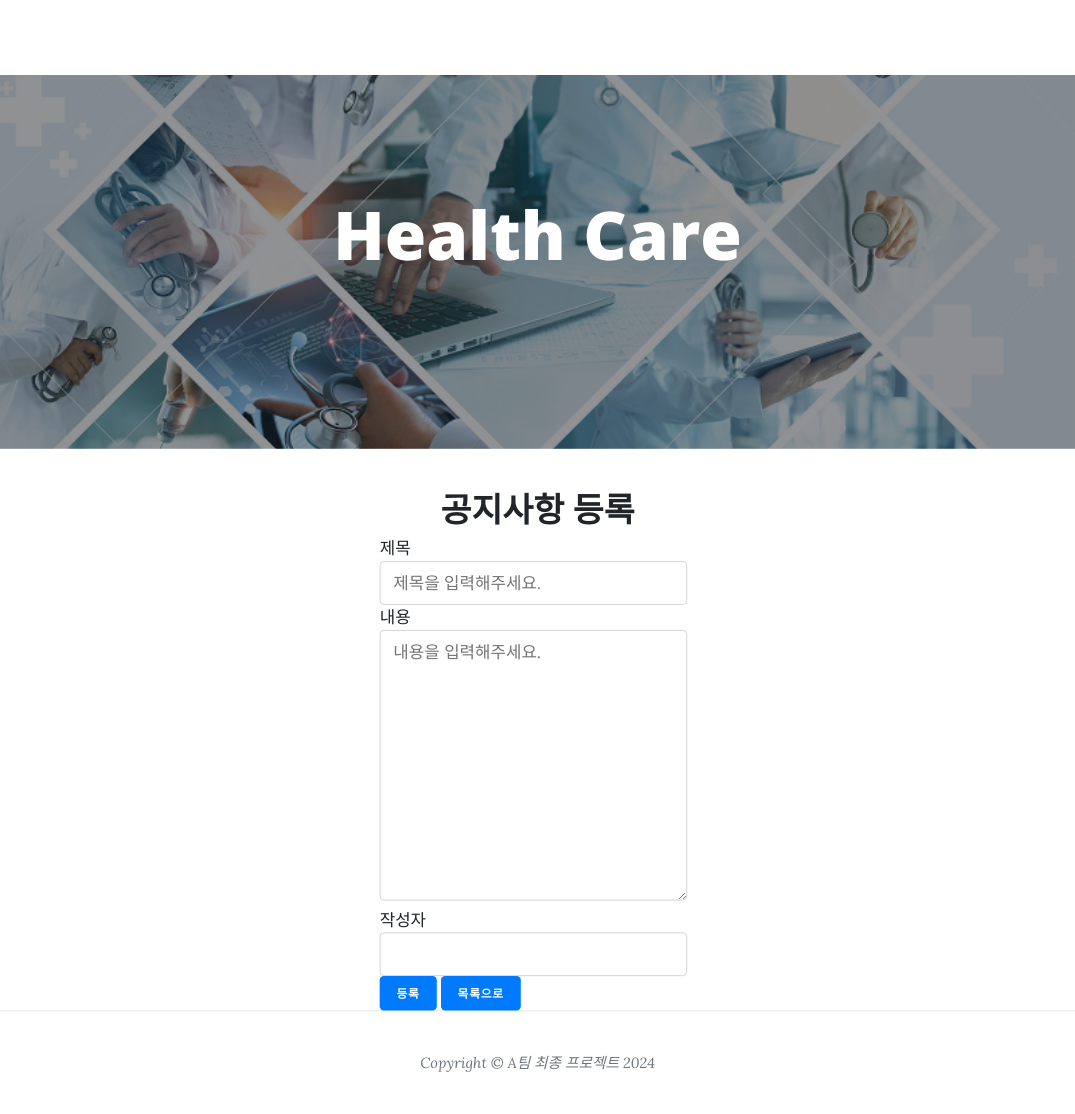
Repository: honsb91/project
Page: http://localhost/hospital/WEB-INF/views/board/notwriter.jsp
These files come from the project's save history. The page is drawn as it stood at one moment and after the next save; the edit follows.
The browser window is 1280 px wide. The pictures show the whole page, at 84% of full size.
Some web libraries are served in a nearby version. The page is served by Tomcat 9. Nobody is signed in. The template is opened directly, without the code that normally fills it, so the values that code supplies are empty.

Above is the page before, as saved 2024-02-07 02:00:54.

After the next save:
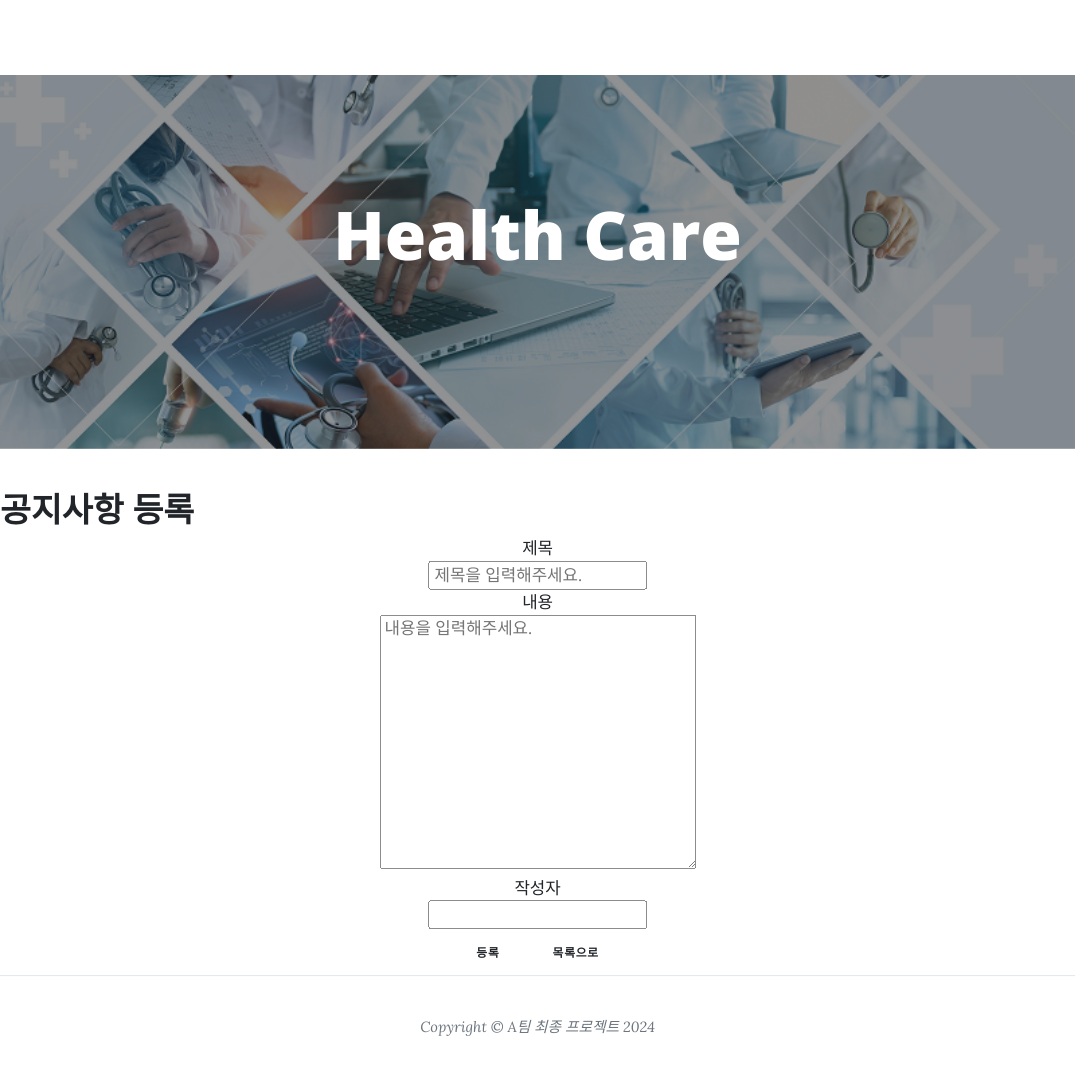
Saved 24 min 7 s later.
--- a/hospital/src/main/webapp/resources/css/board/notwriter.css
+++ b/hospital/src/main/webapp/resources/css/board/notwriter.css
@@ -1,45 +1,78 @@
-body {
-    font-family: Arial, sans-serif;
-    margin: 0;
-    padding: 0;
-    background-color: #f0f0f0;
+*{
+  margin: 0;
+  padding: 0;
+}
+form {
+    text-align : center;
 }
 
-h1 {
-    text-align: center;
+a{
+  text-decoration:none;
+  color:inherit;
 }
 
-form {
-    max-width: 400px;
-    margin: 0 auto;
+ul,li{
+  text-decoration:none;
+  list-style:none;
 }
 
-.input_wrap {
-    margin-bottom: 20px;
+
+/* 스타일시작 */
+
+.container{
+  width: 1200px;
+  margin:auto;
+
 }
 
-label {
-    display: block;
-    margin-bottom: 5px;
+.container>.create-section{
+  width: 900px;
+  margin:auto;
 }
 
-input[type="text"],
-textarea {
-    width: calc(100% - 10px);
-    padding: 10px;
-    border-radius: 5px;
-    border: 1px solid #ccc;
+.container>.create-section>.title{
+  font-size: 30px;
+  font-weight: bold;
+  margin-top: 30px;
+  margin-bottom: 60px;
 }
 
-button.btn {
-    padding: 10px 20px;
-    background-color: #007bff;
-    color: #fff;
-    border: none;
-    border-radius: 5px;
-    cursor: pointer;
+.container>.create-section>form{
+  width: 800px;
+  margin:auto;
 }
 
-button.btn:hover {
-    background-color: #0056b3;
+.container>.create-section>form>.form-container>.menu{
+  text-align:left;
+  font-size: 25px;
+  font-weight: bold;
+  margin-bottom: 20px;
+  margin-top: 40px;
 }
+
+.container>.create-section>form>.form-container>.notice-subject{
+  width: 800px;
+  height: 30px;
+  padding: 10px;
+}
+
+.container>.create-section>form>.form-container>.content{
+  width: 800px;
+  height: 200px;
+  padding: 10px;
+}
+
+.container>.create-section>form>.button{
+  width: 350px;
+  margin:auto;
+  display:flex;
+  justify-content:space-between;
+  margin-top: 40px;
+}
+
+
+.container>.create-section>form>.button>button{
+  width: 150px;
+  height: 40px;
+  font-size: 20px;
+}
